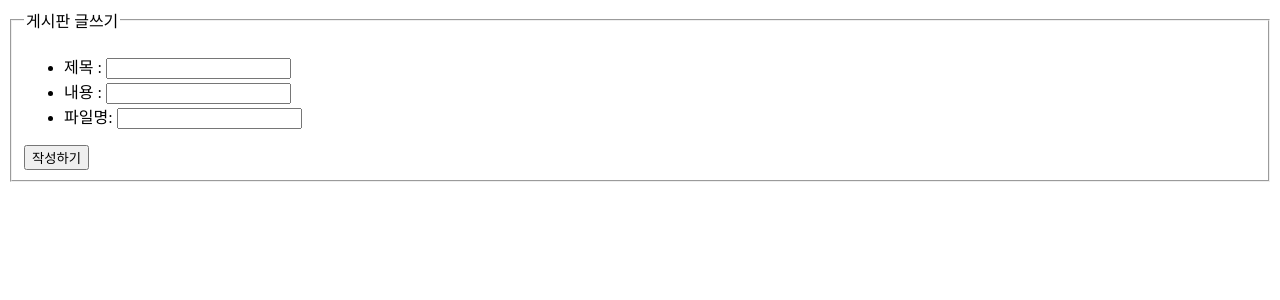
Repository: khy4701/JavaServerPage-Servlet
Page: http://localhost/07.BoardProejct/WriteForm.jsp
An editor plug-in stored every save of this project. The page is shown before and after the next save, followed by the edit.
The browser window is 1280 px wide. The pictures show the whole page.
The page is served by Tomcat 9. Other server files are loaded and not shown.

Above is the page before, as saved 2016-07-25 05:29:11.

### 07.BoardProejct/WebContent/WriteForm.jsp
<%@ page language="java" contentType="text/html; charset=UTF-8"
    pageEncoding="UTF-8"%>
<!DOCTYPE html>
<html>
<head>
<meta charset="UTF-8">
<title>Insert title here</title>
</head>
<body>

<form action = "write.board">

<fieldset>
	<legend>게시판 글쓰기</legend>
	<ul>
		<li> 제목 : <input type="text"></li>
		<li> 내용 : <input type="textarea"></li>
		<li> 파일명: <input type="text"></li>
	</ul>

	<input type ="submit" value="작성하기">
</fieldset>
</form>
</body>
</html>

After the next save:
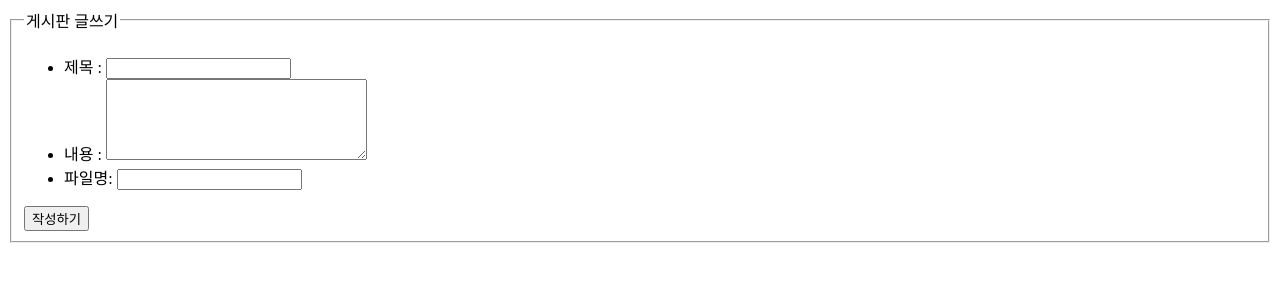
Saved 21 s later.
--- a/07.BoardProejct/WebContent/WriteForm.jsp
+++ b/07.BoardProejct/WebContent/WriteForm.jsp
@@ -14,7 +14,7 @@
 	<legend>게시판 글쓰기</legend>
 	<ul>
 		<li> 제목 : <input type="text"></li>
-		<li> 내용 : <input type="textarea"></li>
+		<li> 내용 : <textarea rows="5" cols="30" name="contents"></textarea></li>
 		<li> 파일명: <input type="text"></li>
 	</ul>
 
